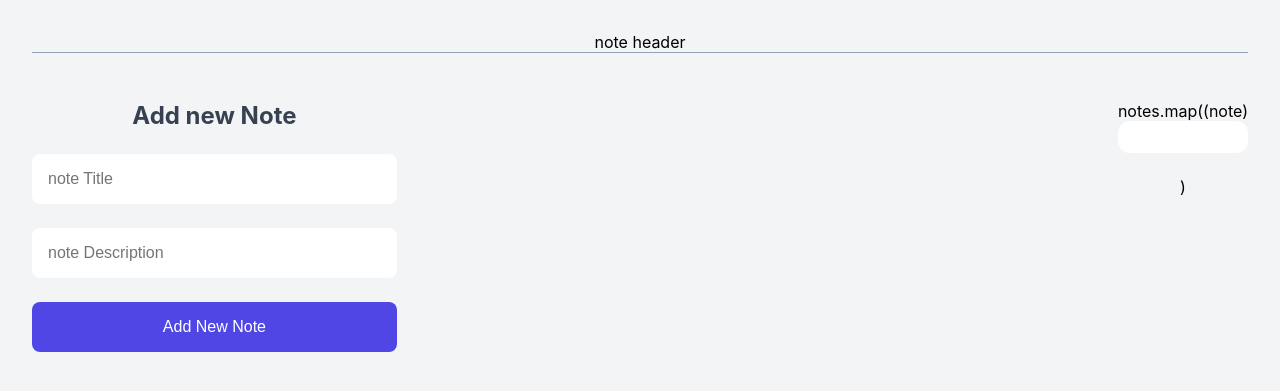
Repository: nikooshahbazi/shahbaziProjects
Page: / (app in dynamicData/)
These files come from the project's save history. The page is drawn as it stood at one moment and after a run of saves; the edit follows.
The browser window is 1280 px wide. The pictures show the whole page.
The project was rebuilt for these pictures with package versions that can differ from the ones it lists, and the page was loaded fresh each time. Also part of the build but not shown: dynamicData/vite.config.js.

Above is the page before, as saved 2024-02-17 18:25:58.

After the next 2 saves:
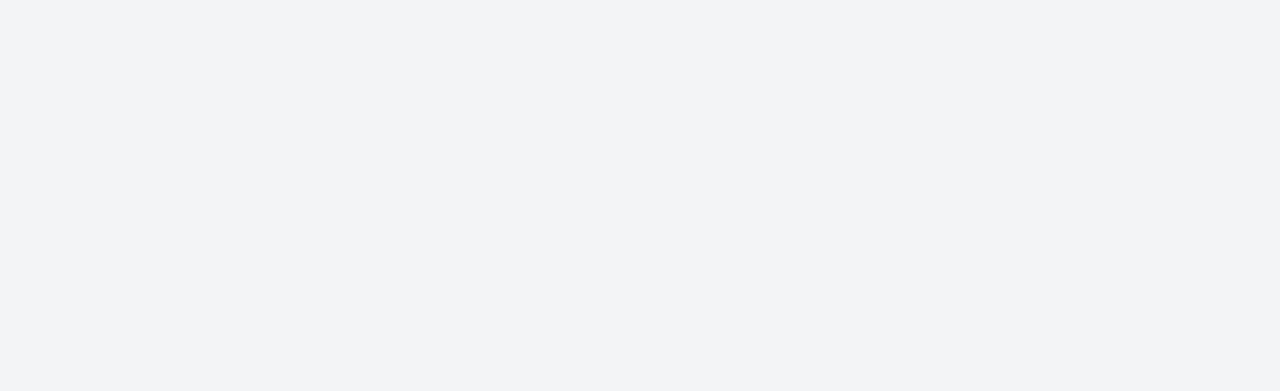
Console error: ReferenceError: note is not defined
The 2 saves are shown as one change because they came seconds apart.
The last was saved 22 s later.
--- a/dynamicData/src/components/NoteList.jsx
+++ b/dynamicData/src/components/NoteList.jsx
@@ -1,7 +1,7 @@
 function NoteList({ notes }) {
   return (
     <div className="note-list">
-      notes.map((note) <NoteItem />)
+      notes.map((note) <NoteItem key={note.id}/>)
     </div>
   );
 }

After the 3 saves that followed:
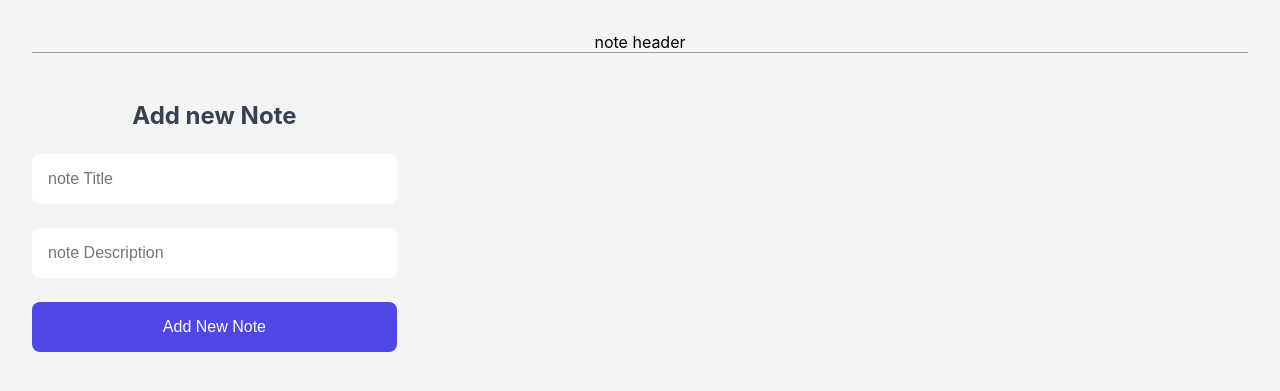
The error is gone.
The 3 saves are shown as one change because 2 left the picture as it was.
The last was saved 38 s later.
--- a/dynamicData/src/components/NoteList.jsx
+++ b/dynamicData/src/components/NoteList.jsx
@@ -1,7 +1,7 @@
 function NoteList({ notes }) {
   return (
     <div className="note-list">
-      notes.map((note) <NoteItem key={note.id}/>)
+
     </div>
   );
 }
